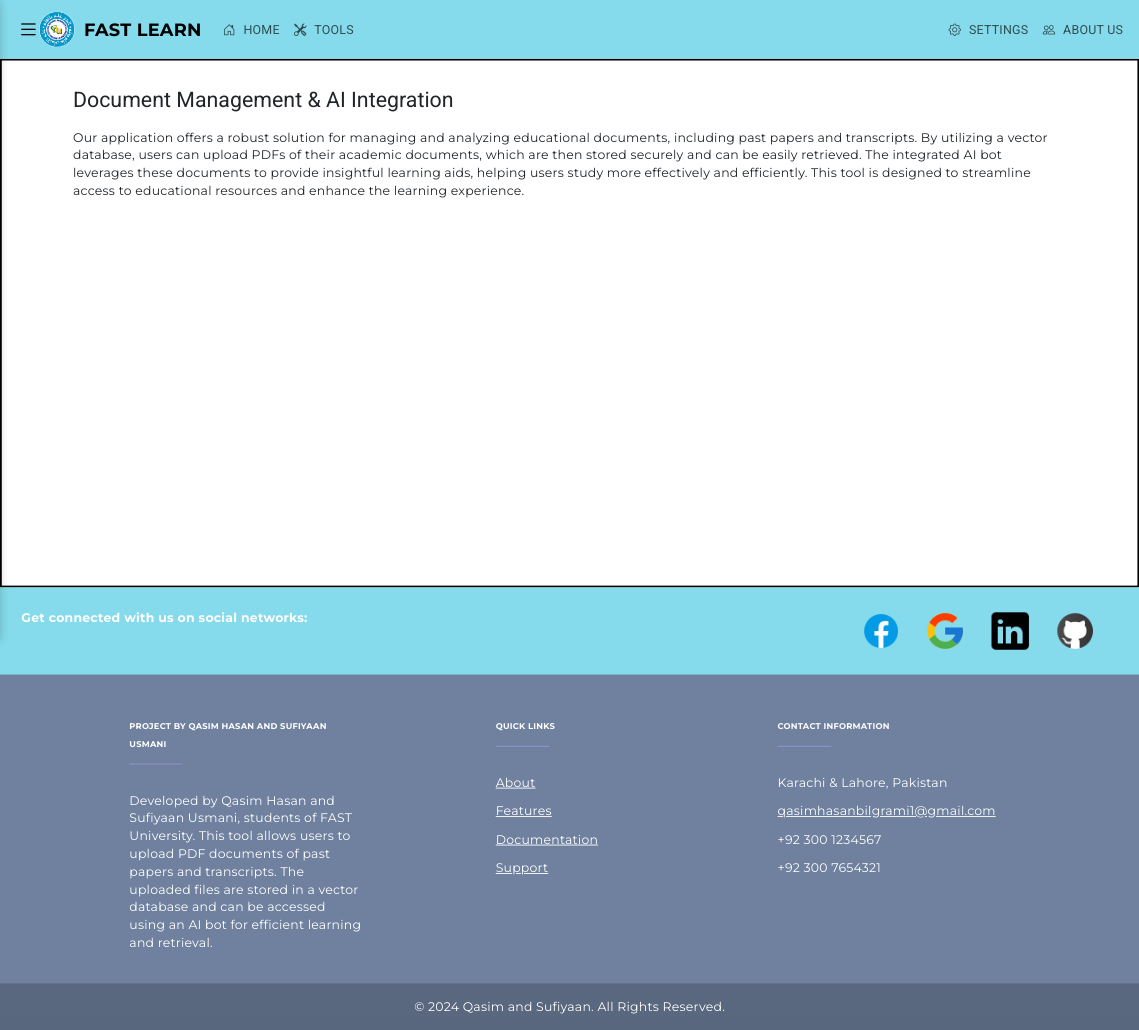
Repository: fastlearn-e0c9858e10ed/Frontend
Page: / (app in fastlearn/)
The author's editor kept a copy of each file at every save. The page is drawn from the files as they stood at one save, then again after the next save.
The browser window is 1280 px wide. The pictures show the whole page, at 89% of full size.
The project was rebuilt for these pictures with package versions that can differ from the ones it lists, and the page was loaded fresh each time. Also part of the build but not shown: fastlearn/angular.json.

Above is the page before, as saved 2024-08-19 10:59:35.

### fastlearn/src/index.html
<!DOCTYPE html>
<html lang="en">
  <head>
    <meta charset="utf-8" />
    <title>Fastlearn</title>
    <base href="/" />
    <meta name="viewport" content="width=device-width, initial-scale=1" />
    <link rel="icon" type="image/x-icon" href="favicon.ico" />
    <link rel="preconnect" href="https://fonts.gstatic.com" />
    <link
      href="https://fonts.googleapis.com/css2?family=Roboto:wght@300;400;500&display=swap"
      rel="stylesheet"
    />
    <link
      href="https://fonts.googleapis.com/icon?family=Material+Icons"
      rel="stylesheet"
    />
    <link
      href="https://fonts.googleapis.com/css2?family=Montserrat:wght@400;700&display=swap"
      rel="stylesheet"
    />
    <!-- Bootstrap Icons CSS -->
    <link
      rel="stylesheet"
      href="https://cdnjs.cloudflare.com/ajax/libs/bootstrap-icons/1.10.0/font/bootstrap-icons.min.css"
    />
    <!-- Bootstrap 5 CSS -->
    <link
      href="https://cdnjs.cloudflare.com/ajax/libs/bootstrap/5.3.0/css/bootstrap.min.css"
      rel="stylesheet"
    />
    <!-- Popper.js (required for some Bootstrap 5 components) -->
    <script src="https://cdnjs.cloudflare.com/ajax/libs/popper.js/2.11.6/umd/popper.min.js"></script>

    <!-- Bootstrap 5 JavaScript -->
    <script src="https://cdnjs.cloudflare.com/ajax/libs/bootstrap/5.3.0/js/bootstrap.bundle.min.js"></script>
  </head>
  <body class="mat-typography">
    <app-root></app-root>
  </body>
</html>

### fastlearn/src/styles.css
/* You can add global styles to this file, and also import other style files */

html, body { height: 100%; }
body { margin: 0; font-family: Roboto, "Helvetica Neue", sans-serif; }

@import "~bootstrap-icons/font/bootstrap-icons.css";
@import url('https://fonts.googleapis.com/css2?family=Montserrat:wght@400;700&display=swap');

### fastlearn/src/app/app.module.ts
import { NgModule } from '@angular/core';
import { BrowserModule } from '@angular/platform-browser';

import { AppRoutingModule } from './app-routing.module';
import { AppComponent } from './app.component';
import { BrowserAnimationsModule } from '@angular/platform-browser/animations';
import { HeaderPageComponent } from './components/header-page/header-page.component';
import { FooterPageComponent } from './components/footer-page/footer-page.component';
import { HomePageComponent } from './components/home-page/home-page.component';

import { MatMenuModule } from '@angular/material/menu';
import { DrawerPageComponent } from './components/drawer-page/drawer-page.component';
@NgModule({
  declarations: [
    AppComponent,
    HeaderPageComponent,
    FooterPageComponent,
    HomePageComponent,
    DrawerPageComponent
  ],
  imports: [
    BrowserModule,
    AppRoutingModule,
    BrowserAnimationsModule,
    MatMenuModule
  ],
  providers: [],
  bootstrap: [AppComponent]
})
export class AppModule { }

### fastlearn/src/app/app-routing.module.ts
import { NgModule } from '@angular/core';
import { RouterModule, Routes } from '@angular/router';
import { HomePageComponent } from './components/home-page/home-page.component';

const routes: Routes = [
  { path: '', redirectTo: '/homepage', pathMatch: 'full' },
  { path: 'homepage', component: HomePageComponent },
];

@NgModule({
  imports: [RouterModule.forRoot(routes)],
  exports: [RouterModule]
})
export class AppRoutingModule { }

### fastlearn/src/app/app.component.ts
import { Component } from '@angular/core';

@Component({
  selector: 'app-root',
  templateUrl: './app.component.html',
  styleUrls: ['./app.component.css']
})
export class AppComponent {
  title = 'fastlearn';
}

### fastlearn/src/app/components/header-page/header-page.component.ts
import { Component } from '@angular/core';

@Component({
  selector: 'app-header-page',
  templateUrl: './header-page.component.html',
  styleUrls: ['./header-page.component.css']
})
export class HeaderPageComponent {

}

### fastlearn/src/app/components/footer-page/footer-page.component.ts
import { Component } from '@angular/core';

@Component({
  selector: 'app-footer-page',
  templateUrl: './footer-page.component.html',
  styleUrls: ['./footer-page.component.css']
})
export class FooterPageComponent {

}

### fastlearn/src/app/components/drawer-page/drawer-page.component.ts
import { Component } from '@angular/core';

@Component({
  selector: 'app-drawer-page',
  templateUrl: './drawer-page.component.html',
  styleUrls: ['./drawer-page.component.css']
})
export class DrawerPageComponent {
  isDrawerOpen = false;

  toggleDrawer() {
    this.isDrawerOpen = !this.isDrawerOpen;
  }

  closeDrawer() {
    this.isDrawerOpen = false;
  }
}

### fastlearn/src/app/app.component.html
<app-header-page></app-header-page>

<main class="content">
  <router-outlet></router-outlet> <!-- This is where your routed components will be displayed -->
</main>

<app-footer-page class="footer"></app-footer-page>

### fastlearn/src/app/app.component.css
main.content {
  flex: 1; /* Take up remaining space */
  overflow-y: auto; /* Enable scrolling if content exceeds viewport */
  padding: 20px; /* Adjust as needed */
  border: 2px solid black; /* Example border */
  box-sizing: border-box; /* Include padding and border in width/height */
}

.footer {
  background-color: #1c2331;
  color: white;
  width: 100%;
  height: 60px; /* Fixed height */
  margin-top: auto; /* Push the footer to the bottom */
}

:host {
  display: flex;
  flex-direction: column;
  min-height: 100vh; /* Ensure full viewport height */
  margin: 0;
}

### fastlearn/src/app/components/header-page/header-page.component.html
<nav class="navbar navbar-expand-lg navbar-light" style="background-color: #85dbeb;">
  <a class="navbar-brand ml-2 d-flex align-items-center" routerLink="/">
    <!-- Drawer Icon -->
    <app-drawer-page></app-drawer-page>
    <!-- Fast Learn Icon and Text -->
    <img src="../../../assets/header_icons/fast.png" alt="Custom Icon" class="navbar-icon mr-2">
    FAST LEARN
  </a>

  <!-- Toggler for mobile view -->
  <button class="navbar-toggler" type="button" data-bs-toggle="collapse" data-bs-target="#navbarNav" aria-controls="navbarNav" aria-expanded="false" aria-label="Toggle navigation">
    <span class="navbar-toggler-icon"></span>
  </button>

  <!-- Navbar content -->
  <div class="collapse navbar-collapse" id="navbarNav">
    <ul class="navbar-nav mr-auto">
      <li class="nav-item active">
        <a class="nav-link" routerLink="/homepage">
          <i class="bi bi-house-door"></i> HOME
        </a>
      </li>

      <li class="nav-item" [matMenuTriggerFor]="toolsMenu">
        <a class="nav-link" routerLink="#">
          <i class="bi bi-tools"></i> TOOLS
        </a>
        <mat-menu #toolsMenu="matMenu">
          <button mat-menu-item routerLink="/toolpage/notespage">Notes</button>
          <button mat-menu-item routerLink="/toolpage/pastpaperpage">Past Paper</button>
        </mat-menu>
      </li>
    </ul>
    <div class="ml-auto d-flex align-items-center">
      <ul class="navbar-nav">
        <li class="nav-item">
          <a class="nav-link" routerLink="/settingpage">
            <i class="bi bi-gear"></i> SETTINGS
          </a>
        </li>
        <li class="nav-item">
          <a class="nav-link" routerLink="/aboutus">
            <i class="bi bi-people"></i> ABOUT US
          </a>
        </li>
      </ul>
    </div>
  </div>
</nav>

### fastlearn/src/app/components/header-page/header-page.component.css
/* Include Montserrat font */
@import url('https://fonts.googleapis.com/css2?family=Montserrat:wght@400;700&display=swap');

/* Navbar styling */
.navbar {
  color: #0ec3e7; /* Light blue background color */
}

/* Navbar brand styling */
.navbar-brand {
  margin-left: 20px; /* Space from the left edge */
  font-weight: bold; /* Make the brand name bold */
  font-family: 'Montserrat', sans-serif; /* Apply Montserrat font */

}

/* Align elements to the right and add spacing */
.ml-auto {
  margin-left: auto; /* Push elements to the right */
  margin-right: 10px; /* Space from the right edge */
}

/* Flex styling for inline forms */
.form-inline {
  display: flex; /* Use flexbox layout */
  align-items: center; /* Center align items vertically */
}

/* Margin adjustments for form controls */
.form-control {
  margin-right: 5px; /* Space between form controls */
}

/* Space between icon and text in nav links */
.navbar .nav-link i {
  margin-right: 5px; /* Space between icon and text */

}

/* Ensure dropdown menu appears correctly */
.navbar-nav .dropdown-menu {
  right: 0; /* Align dropdown to the right */
  left: auto; /* Override left alignment */
}



/* Navbar icon styling */
.navbar-icon {
  width: 40px; /* Adjust the size as needed */
  height: auto; /* Maintain aspect ratio */
  margin-right: 10px;
  border-radius: 25px;
}

/* Optional: Add additional styling */
.navbar-brand {
  display: flex;
  align-items: center;
  font-family: 'Montserrat', sans-serif; /* Ensure Montserrat is applied */
}

### fastlearn/src/app/components/footer-page/footer-page.component.html
<footer class="footer">
  <!-- Section: Social media -->
  <section class="d-flex justify-content-between p-4 social-media-section">
    <!-- Left -->
    <div class="me-5">
      <span>Get connected with us on social networks:</span>
    </div>
    <!-- Right -->
    <div>
      <a href="https://www.facebook.com/" class="text-white me-4" target="_blank" rel="noopener">
        <img src="../../../assets/footer_icons/facebook-icon.png" alt="Facebook">
      </a>

      <a href="https://www.google.com/" class="text-white me-4" target="_blank" rel="noopener">
        <img src="../../../assets/footer_icons/google-icon.png" alt="Google">
      </a>
      <a href="https://www.linkedin.com/" class="text-white me-4" target="_blank" rel="noopener">
        <img src="../../../assets/footer_icons/linkedin-icon.png" alt="LinkedIn">
      </a>
      <a href="https://github.com/" class="text-white me-4" target="_blank" rel="noopener">
        <img src="../../../assets/footer_icons/github-icon.png" alt="GitHub">
      </a>
    </div>
  </section>

  <!-- Section: Links  -->
  <section class="links-section">
    <div class="container text-center text-md-start mt-5">
      <!-- Grid row -->
      <div class="row mt-3">
        <!-- Grid column -->
        <div class="col-md-3 col-lg-4 col-xl-3 mx-auto mb-4">
          <!-- Content -->
          <h6 class="text-uppercase fw-bold">Project by Qasim Hasan and Sufiyaan Usmani</h6>
          <hr class="mb-4 mt-0 d-inline-block mx-auto" />
          <p>
            Developed by Qasim Hasan and Sufiyaan Usmani, students of FAST University. This tool allows users to upload PDF documents of past papers and transcripts. The uploaded files are stored in a vector database and can be accessed using an AI bot for efficient learning and retrieval.
          </p>

        </div>
        <!-- Grid column -->

        <!-- Grid column -->
        <div class="col-md-2 col-lg-2 col-xl-2 mx-auto mb-4">
          <!-- Links -->
          <h6 class="text-uppercase fw-bold">Quick Links</h6>
          <hr class="mb-4 mt-0 d-inline-block mx-auto" />
          <p>
            <a href="#!" class="text-white">About</a>
          </p>
          <p>
            <a href="#!" class="text-white">Features</a>
          </p>
          <p>
            <a href="#!" class="text-white">Documentation</a>
          </p>
          <p>
            <a href="#!" class="text-white">Support</a>
          </p>
        </div>
        <!-- Grid column -->

        <!-- Grid column -->

        <!-- Grid column -->
        <div class="col-md-4 col-lg-3 col-xl-3 mx-auto mb-md-0 mb-4">
          <!-- Contact Information -->
          <h6 class="text-uppercase fw-bold">Contact Information</h6>
          <hr class="mb-4 mt-0 d-inline-block mx-auto" />
          <p><i class="fas fa-home mr-3"></i> Karachi & Lahore, Pakistan</p>
          <p><i class="fas fa-envelope mr-3"></i> <a href="mailto:qasimhasanbilgrami1@gmail.com" class="text-white">qasimhasanbilgrami1&#64;gmail.com</a></p>
          <p><i class="fas fa-phone mr-3"></i> +92 300 1234567</p>
          <p><i class="fas fa-print mr-3"></i> +92 300 7654321</p>
        </div>
        <!-- Grid column -->
      </div>
      <!-- Grid row -->
    </div>
  </section>
  <!-- Section: Links  -->

  <!-- Copyright -->
  <div class="text-center p-3 copyright-section">
    © 2024 Qasim and Sufiyaan. All Rights Reserved.
  </div>
  <!-- Copyright -->
</footer>

### fastlearn/src/app/components/footer-page/footer-page.component.css
/* Import Montserrat font */
@import url('https://fonts.googleapis.com/css2?family=Montserrat:wght@400;700&display=swap');

/* Footer styling */
.footer {
  background-color: #6f819e; /* Dark background color */
  color: white; /* Text color */
  width: 100%; /* Full width */
  left: 0; /* Align to the left edge */
  bottom: 0; /* Align to the bottom edge */
  font-family: 'Montserrat', sans-serif; /* Apply Montserrat font */
}

/* Social media section styling */
.social-media-section {
  background-color: #85dbeb; /* Green background color */
  font-weight: bold;
}

.social-media-section .text-white {
  margin-right: 1rem; /* Space between social media icons */
}

/* Links section styling */
.links-section .text-uppercase {
  font-weight: bold; /* Bold text */
  font-family: 'Montserrat', sans-serif; /* Apply Montserrat font */
}

.links-section hr {
  width: 60px; /* Line width */
  background-color: #7c4dff; /* Purple line color */
  height: 2px; /* Line height */
}

/* Copyright section styling */
.copyright-section {
  background-color: rgba(0, 0, 0, 0.2); /* Semi-transparent black background */
  font-family: 'Montserrat', sans-serif; /* Apply Montserrat font */
}

### fastlearn/src/app/components/home-page/home-page.component.html
<!-- Container for text -->
<div class="container my-2">
  <h1>Document Management & AI Integration</h1>
  <p>
    Our application offers a robust solution for managing and analyzing educational documents, including past papers and transcripts.
    By utilizing a vector database, users can upload PDFs of their academic documents, which are then stored securely and can be easily
    retrieved. The integrated AI bot leverages these documents to provide insightful learning aids, helping users study more effectively
    and efficiently. This tool is designed to streamline access to educational resources and enhance the learning experience.
  </p>
</div>

### fastlearn/src/app/components/home-page/home-page.component.css
.container{
  font-family: 'Montserrat', sans-serif; /* Apply Montserrat font */
}

### fastlearn/src/app/components/drawer-page/drawer-page.component.html
<!-- Drawer Icon -->
<i class="bi bi-list navbar-icon mr-2" style="font-size: 24px; cursor: pointer;" (click)="toggleDrawer()"></i>

<!-- Drawer -->
<div class="drawer" [ngClass]="{'drawer-open': isDrawerOpen}">
  <div class="drawer-content">
    <div class="drawer-header">
      <h4 class="drawer-title">P P G</h4>
      <button type="button" class="btn btn-secondary" (click)="closeDrawer()">Close</button>
    </div>
    <div class="drawer-body">
      <p>Home</p>
    </div>
    <div class="drawer-footer">Drawer footer</div>
  </div>
</div>

### fastlearn/src/app/components/drawer-page/drawer-page.component.css
.drawer {
  width: 250px;
  position: fixed;
  top: 0;
  left: -250px; /* Initially hidden */
  height: 100%;
  background: #fff;
  box-shadow: 0 0 10px rgba(0,0,0,0.2);
  transition: left 0.3s ease;
  z-index: 1000;
}
.drawer-open {
  left: 0; /* Show drawer */
}
.drawer-content {
  padding: 15px;
}
.drawer-footer {
  padding: 10px;
  border-top: 1px solid #ddd;
}
.drawer-header {
  display: flex;
  justify-content: space-between;
  align-items: center;
}

Loaded but not shown: fastlearn/src/main.ts (common file); fastlearn/src/app/components/home-page/home-page.component.ts (common file)

After the next save:
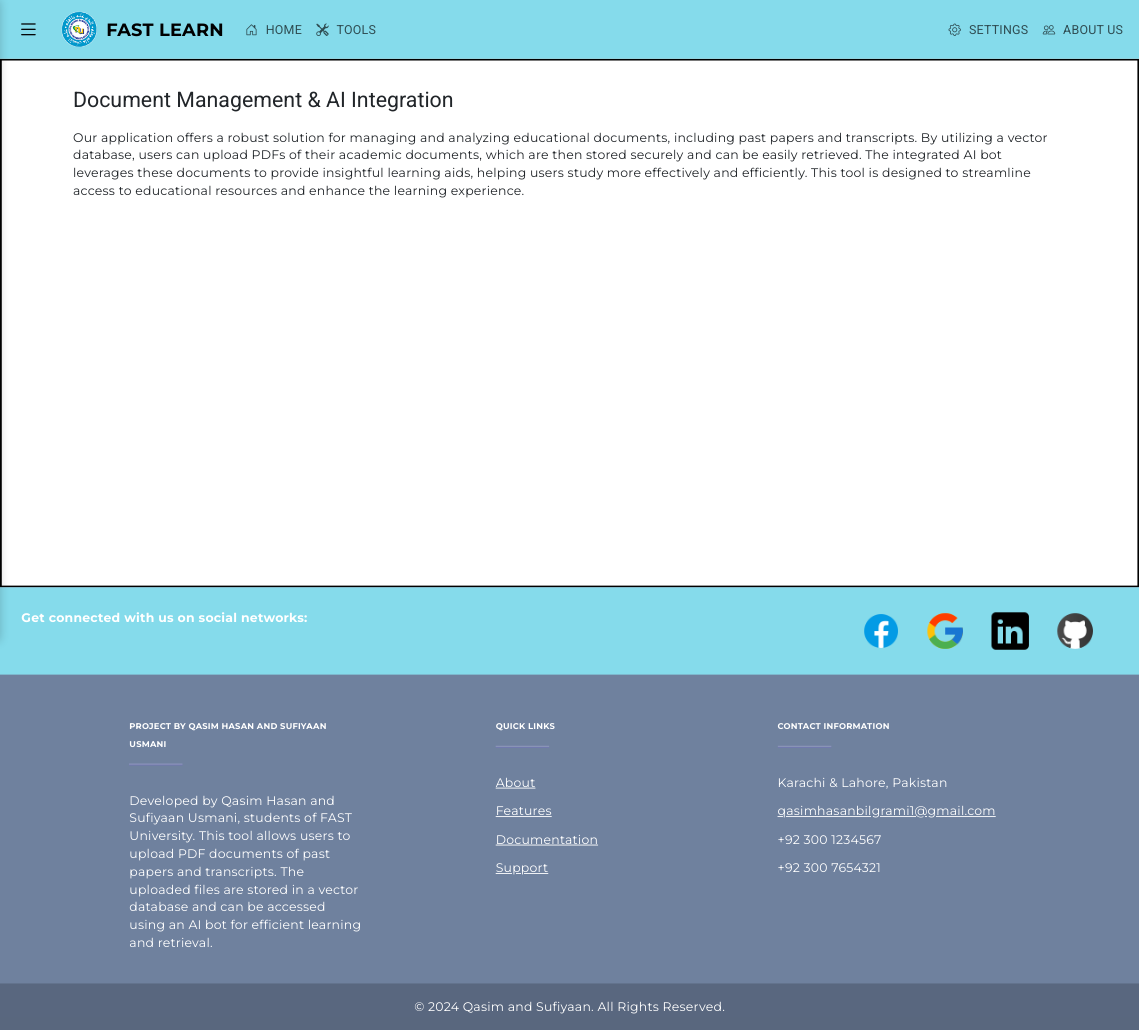
Saved 31 s later.
--- a/fastlearn/src/app/components/drawer-page/drawer-page.component.css
+++ b/fastlearn/src/app/components/drawer-page/drawer-page.component.css
@@ -24,3 +24,7 @@
   justify-content: space-between;
   align-items: center;
 }
+
+.navbar-icon{
+  padding-right: 25px;
+}
